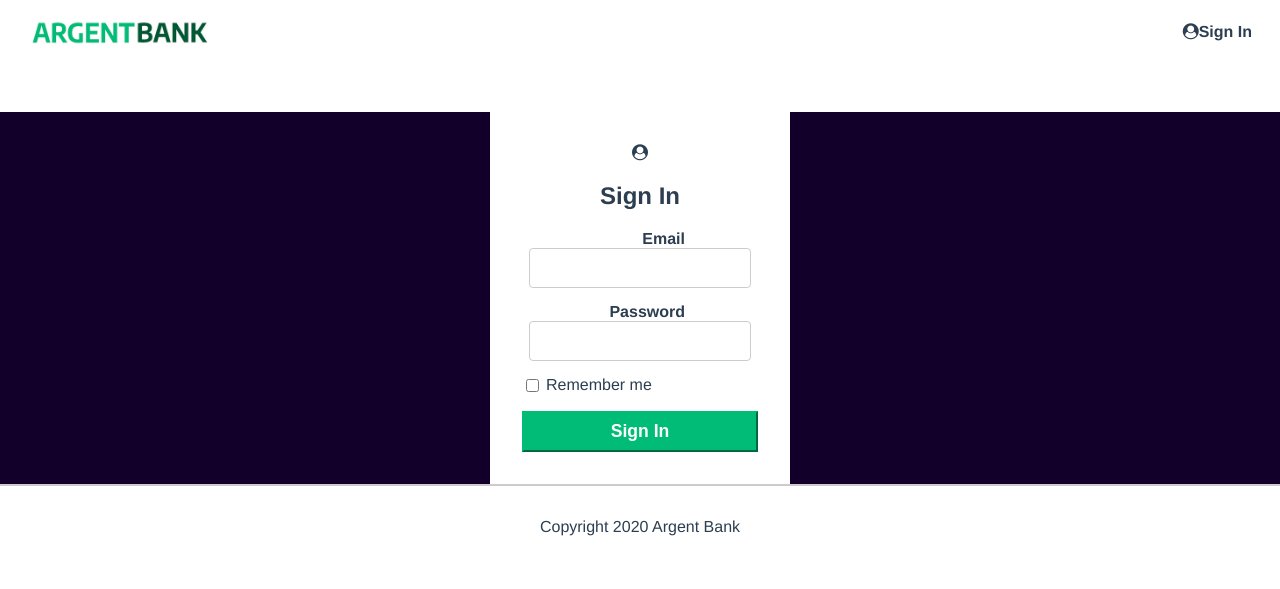
Repository: Dimple3377/ArgentBank-website
Page: /sign-in (app in banking-app/)
These files come from the project's save history. The page is drawn as it stood at one moment and after the next save; the edit follows.
The browser window is 1280 px wide. The pictures show the whole page.
The project was rebuilt for these pictures with package versions that can differ from the ones it lists, and the page was loaded fresh each time. Also part of the build but not shown: banking-app/src/components/Hero.jsx, banking-app/src/components/Feature.jsx, banking-app/src/pages/HomePage.jsx, banking-app/src/pages/UserPage.jsx, banking-app/src/components/EditNameForm.jsx, banking-app/src/pages/EditUserPage.jsx.

Above is the page before, as saved 2024-05-26 16:02:06.

### banking-app/src/index.jsx
import React from "react";
import ReactDOM from "react-dom/client";
import "./main.css";
import App from "./App";
import { Provider } from "react-redux";
import store from "./store";

const root = ReactDOM.createRoot(document.getElementById("root"));
root.render(
  <React.StrictMode>
    <Provider store={store}>
      <App />
    </Provider>
  </React.StrictMode>
);

### banking-app/src/main.css
html {
  font-family: Avenir, Helvetica, Arial, sans-serif;
  -webkit-font-smoothing: antialiased;
  -moz-osx-font-smoothing: grayscale;
  text-align: center;
  color: #2c3e50;
}

body {
  margin: 0;
  display: flex;
  flex-direction: column;
  min-height: 100vh;
}

.main {
  flex: 1;
}

.bg-dark {
  background-color: #12002b;
}

.sr-only {
  border: 0 !important;
  clip: rect(1px, 1px, 1px, 1px) !important;
  -webkit-clip-path: inset(50%) !important;
  clip-path: inset(50%) !important;
  height: 1px !important;
  margin: -1px !important;
  overflow: hidden !important;
  padding: 0 !important;
  position: absolute !important;
  width: 1px !important;
  white-space: nowrap !important;
}

.main-nav {
  display: flex;
  justify-content: space-between;
  align-items: center;
  padding: 5px 20px;
}

.main-nav a {
  font-weight: bold;
  color: #2c3e50;
}

.main-nav a.router-link-exact-active {
  color: #42b983;
}

.main-nav-item {
  text-decoration: none;
  margin-right: 0.5rem;
}

.main-nav-item:hover {
  text-decoration: underline;
}

.main-nav-logo {
  display: flex;
  align-items: center;
}

.main-nav-logo-image {
  max-width: 100%;
  width: 200px;
}

.hero {
  background-image: url("../src/assets/img/bank-tree.jpeg");
  background-position: 0 -50px;
  background-size: cover;
  background-repeat: no-repeat;
  height: 300px;
  position: relative;
}

.hero-content {
  position: relative;
  top: 2rem;
  width: 200px;
  background: white;
  padding: 2rem;
  text-align: left;
  margin: 0 auto;
}

.hero-content .subtitle {
  font-weight: bold;
  font-size: 1rem;
  margin: 0;
}

.hero-content .text {
  margin-bottom: 0;
  font-size: 0.9rem;
}

@media (min-width: 920px) {
  .hero {
    height: 400px;
    background-position: 0% 33%;
  }

  .hero-content {
    position: absolute;
    top: 50px;
    right: 50px;
    width: 300px;
    margin: 2rem;
  }

  .hero-content .subtitle {
    font-size: 1.5rem;
  }

  .hero-content .text {
    font-size: 1.2rem;
  }
}

.features {
  display: flex;
  flex-direction: column;
}

@media (min-width: 920px) {
  .features {
    flex-direction: row;
  }
}

.feature-icon {
  width: 100px;
  border: 10px solid #00bc77;
  border-radius: 50%;
  padding: 1rem;
}

.feature-item {
  flex: 1;
  padding: 2.5rem;
}

.feature-item-title {
  color: #222;
  font-size: 1.25rem;
  font-weight: bold;
  margin-bottom: 0.5rem;
}

.sign-in-button {
  display: block;
  width: 100%;
  padding: 8px;
  font-size: 1.1rem;
  font-weight: bold;
  margin-top: 1rem;
  border-color: #00bc77;
  background-color: #00bc77;
  color: #fff;
}

.sign-in-content {
  box-sizing: border-box;
  background-color: white;
  width: 300px;
  margin: 0 auto;
  margin-top: 3rem;
  padding: 2rem;
}

.sign-in-icon {
  font-size: 5rem;
}

.input-remember {
  display: flex;
}

.input-remember label {
  margin-left: 0.25rem;
}

.input-wrapper {
  display: flex;
  flex-direction: column;
  text-align: left;
  margin-bottom: 1rem;
}

.input-wrapper label {
  font-weight: bold;
}

.input-wrapper input {
  padding: 5px;
  font-size: 1.2rem;
}

.footer {
  display: flex;
  justify-content: center;
  border-top: 2px solid #ccc;
  padding: 2rem 0 1.5rem;
}

.footer-text {
  margin: 0;
  padding: 0;
}

.account {
  display: flex;
  justify-content: space-between;
  align-items: center;
  border: 1px solid black;
  background-color: #fff;
  width: 80%;
  margin: 0 auto;
  flex-direction: column;
  padding: 1.5rem;
  box-sizing: border-box;
  text-align: left;
  margin-bottom: 2rem;
}

.account-amount {
  margin: 0;
  font-size: 2.5rem;
  font-weight: bold;
}

.account-amount-description {
  margin: 0;
}

.account-title {
  margin: 0;
  padding: 0;
  font-size: 1rem;
  font-weight: normal;
}

.account-content-wrapper {
  width: 100%;
  flex: 1;
}

.edit-button {
  border-color: #00bc77;
  background-color: #00bc77;
  color: #fff;
  font-weight: bold;
  padding: 10px;
}

.header {
  color: #fff;
  margin-bottom: 2rem;
}

.transaction-button {
  display: block;
  width: 100%;
  padding: 8px;
  font-size: 1.1rem;
  font-weight: bold;
  margin-top: 1rem;
  border-color: #00bc77;
  background-color: #00bc77;
  color: #fff;
}

@media (min-width: 720px) {
  .account {
    flex-direction: row;
  }

  .account-content-wrapper.cta {
    flex: 0;
  }

  .transaction-button {
    width: 200px;
  }
}

### banking-app/src/App.jsx
import React from "react";
import { BrowserRouter as Router, Route, Routes } from "react-router-dom";
import HomePage from "./pages/HomePage";
import SignInPage from "./pages/SignInPage";
import UserPage from "./pages/UserPage";
import EditUserPage from "./pages/EditUserPage";
import "./main.css";

function App() {
  return (
    <Router>
      <Routes>
        <Route path="/" element={<HomePage />} />
        <Route path="/sign-in" element={<SignInPage />} />
        <Route path="/user" element={<UserPage />} />
        <Route path="/edit-user" element={<EditUserPage />} />
      </Routes>
    </Router>
  );
}

export default App;

### banking-app/src/store/index.jsx
import { configureStore } from "@reduxjs/toolkit";
import userReducer from "./userSlice";

export const store = configureStore({
  reducer: {
    user: userReducer,
    devTools: process.env.NODE_ENV !== "production",
  },
});

export default store;

### banking-app/src/pages/SignInPage.jsx
import React from "react";
import Header from "../components/Header";
import Footer from "../components/Footer";
import LoginForm from "../components/LoginForm";

const SignInPage = () => {
  return (
    <>
      <Header />
      <main className="main bg-dark">
        <section className="sign-in-content">
          <i className="fa fa-user-circle sign-in-icon"></i>
          <h1>Sign In</h1>
          <LoginForm />
        </section>
      </main>
      <Footer />
    </>
  );
};

export default SignInPage;

### banking-app/src/store/userSlice.jsx
import { createSlice, createAsyncThunk } from "@reduxjs/toolkit";
import axios from "axios";

const initialState = {
  user: null,
  token: null,
  status: "idle",
  error: null,
};

// Thunk pour la connexion de l'utilisateur
export const loginUser = createAsyncThunk("user/login", async (credentials) => {
  const response = await axios.post(
    "http://localhost:3001/api/v1/user/login",
    credentials
  );
  console.log("Réponse de l'API login:", response.data); // Log de la réponse de l'API
  return response.data.body; // On suppose que body contient user et token
});

// Thunk pour la mise à jour du profil utilisateur
export const updateUser = createAsyncThunk(
  "user/update",
  async (userData, { getState }) => {
    const state = getState();
    const token = state.user.token; // Récupération du token dans le state
    const response = await axios.put(
      "http://localhost:3001/api/v1/user/profile",
      userData,
      {
        headers: {
          Authorization: `Bearer ${token}`,
        },
      }
    );
    console.log("Réponse de l'API updateUser:", response.data); // Log de la réponse de l'API
    return response.data.body;
  }
);

// Thunk pour récupérer le profil utilisateur
export const fetchUserProfile = createAsyncThunk(
  "user/fetchProfile",
  async (_, { getState }) => {
    const state = getState();
    const token = state.user.token;
    console.log("Token utilisé pour fetchUserProfile:", token); // Log du token
    const response = await axios.get(
      "http://localhost:3001/api/v1/user/profile",
      {
        headers: {
          Authorization: `Bearer ${token}`,
        },
      }
    );
    console.log("Réponse de l'API fetchUserProfile:", response.data); // Log de la réponse de l'API
    return response.data.body;
  }
);

const userSlice = createSlice({
  name: "user",
  initialState,
  reducers: {
    logout: (state) => {
      state.user = null;
      state.token = null; // Réinitialisation du token
      state.status = "idle";
      state.error = null;
    },
  },
  extraReducers: (builder) => {
    builder
      .addCase(loginUser.pending, (state) => {
        state.status = "loading";
      })
      .addCase(loginUser.fulfilled, (state, action) => {
        state.status = "succeeded";
        console.log("Payload reçu de loginUser:", action.payload); // Log du payload reçu
        state.user = action.payload.user; // Stockage de l'utilisateur
        state.token = action.payload.token; // Stockage du token
        state.error = null;
      })
      .addCase(loginUser.rejected, (state, action) => {
        state.status = "failed";
        state.error = action.error.message;
      })
      .addCase(updateUser.pending, (state) => {
        state.status = "loading";
      })
      .addCase(updateUser.fulfilled, (state, action) => {
        state.status = "succeeded";
        state.user = { ...state.user, ...action.payload };
        state.error = null;
      })
      .addCase(updateUser.rejected, (state, action) => {
        state.status = "failed";
        state.error = action.error.message;
      })
      .addCase(fetchUserProfile.pending, (state) => {
        state.status = "loading";
      })
      .addCase(fetchUserProfile.fulfilled, (state, action) => {
        state.status = "succeeded";
        state.user = action.payload;
        state.error = null;
      })
      .addCase(fetchUserProfile.rejected, (state, action) => {
        state.status = "failed";
        state.error = action.error.message;
      });
  },
});

export const { logout } = userSlice.actions;

export default userSlice.reducer;

### banking-app/src/components/Header.jsx
import React from "react";
import { Link, useLocation } from "react-router-dom";
import { useSelector, useDispatch } from "react-redux";
import { logout } from "../store/userSlice";
import logo from "../assets/img/argentBankLogo.png";
import "font-awesome/css/font-awesome.min.css";

const Header = () => {
  const dispatch = useDispatch();
  const { user } = useSelector((state) => state.user);
  const location = useLocation();

  const handleLogout = () => {
    dispatch(logout());
  };

  return (
    <nav className="main-nav">
      <Link className="main-nav-logo" to="/">
        <img
          className="main-nav-logo-image"
          src={logo}
          alt="Argent Bank Logo"
        />
        <h1 className="sr-only">Argent Bank</h1>
      </Link>
      <div>
        {location.pathname === "/edit-user" ? (
          <>
            {/* Ajoutez ici les icônes spécifiques à EditUserPage */}
            <span>{user?.userName}</span>
            <i className="fa fa-user-circle"></i>
            <i className="fa fa-cog"></i>
            <i className="fa fa-power-off" onClick={handleLogout}></i>
          </>
        ) : user ? (
          <>
            <Link className="main-nav-item" to="/user">
              <i className="fa fa-user-circle"></i>
              {user.userName}
            </Link>
            <Link className="main-nav-item" to="/" onClick={handleLogout}>
              <i className="fa fa-sign-out"></i>
              Sign Out
            </Link>
          </>
        ) : (
          <Link className="main-nav-item" to="/sign-in">
            <i className="fa fa-user-circle"></i>
            Sign In
          </Link>
        )}
      </div>
    </nav>
  );
};

export default Header;

### banking-app/src/components/Footer.jsx
import React from "react";

const Footer = () => {
  return (
    <footer className="footer">
      <p className="footer-text">Copyright 2020 Argent Bank</p>
    </footer>
  );
};

export default Footer;

### banking-app/src/components/LoginForm.jsx
import React, { useState, useEffect } from "react";
import { useDispatch, useSelector } from "react-redux";
import { useNavigate } from "react-router-dom";
import { loginUser } from "../store/userSlice";

const LoginForm = () => {
  const [email, setEmail] = useState("");
  const [password, setPassword] = useState("");
  const dispatch = useDispatch();
  const navigate = useNavigate();
  const { user, status, error } = useSelector((state) => state.user);

  const handleSubmit = async (e) => {
    e.preventDefault();
    const result = await dispatch(loginUser({ email, password }));
    if (loginUser.fulfilled.match(result)) {
      navigate("/user");
    }
  };

  useEffect(() => {
    if (user) {
      navigate("/user");
    }
  }, [user, navigate]);

  return (
    <div>
      <form onSubmit={handleSubmit}>
        <div className="input-wrapper">
          <label htmlFor="email">Email</label>
          <input
            type="email"
            id="email"
            value={email}
            onChange={(e) => setEmail(e.target.value)}
          />
        </div>
        <div className="input-wrapper">
          <label htmlFor="password">Password</label>
          <input
            type="password"
            id="password"
            value={password}
            onChange={(e) => setPassword(e.target.value)}
          />
        </div>
        <div className="input-remember">
          <input type="checkbox" id="remember-me" />
          <label htmlFor="remember-me">Remember me</label>
        </div>
        <button className="sign-in-button" type="submit">
          Sign In
        </button>
        {status === "loading" && <p>Loading...</p>}
        {status === "failed" && <p>{error}</p>}
        {user && <p>Welcome, {user.firstName}</p>}
      </form>
    </div>
  );
};

export default LoginForm;

### banking-app/src/pages/EditUserPage.css
.edit-user-main {
  display: flex;
  flex-direction: column;
  align-items: center;
  padding: 20px;
}

.edit-user-header {
  text-align: center;
  margin-bottom: 20px;
}

.input-wrapper {
  margin-bottom: 15px;
  display: flex;
  align-items: center;
}

.input-wrapper label {
  margin-right: 10px;
  width: 100px;
  text-align: right;
  font-size: 16px;
  font-weight: bold;
}

.input-wrapper input {
  width: 200px;
  padding: 10px;
  font-size: 16px;
  border: 1px solid #ccc;
  border-radius: 4px;
}

.form-buttons {
  display: flex;
  justify-content: space-between;
  width: 100%;
  max-width: 320px;
  margin-top: 20px;
}

.edit-button {
  padding: 10px 20px;
  font-size: 16px;
  background-color: #00bc77;
  color: white;
  border: none;
  border-radius: 4px;
  cursor: pointer;
}

.edit-button:hover {
  background-color: #00a566;
}

Loaded but not shown: banking-app/public/index.html (common file)

After the next save:
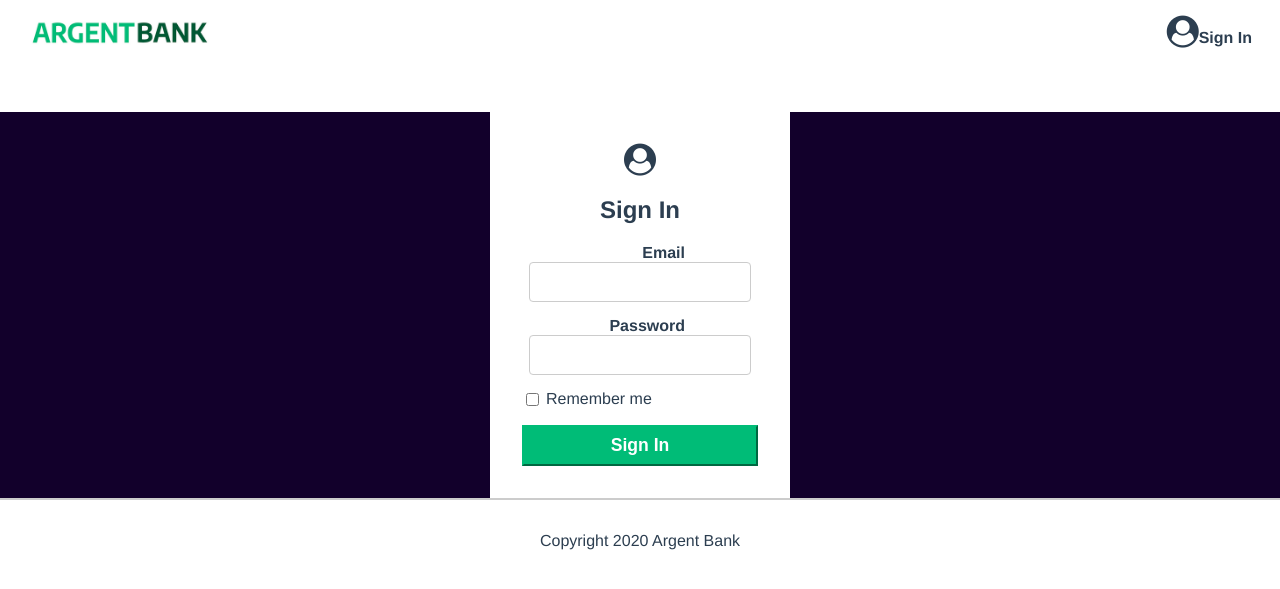
Saved 3 min 32 s later.
--- a/banking-app/src/pages/EditUserPage.css
+++ b/banking-app/src/pages/EditUserPage.css
@@ -1,3 +1,13 @@
+/* Agrandir les icônes */
+.fa {
+  font-size: 2em; /* Ajustez cette valeur selon vos besoins */
+}
+
+/* Ajouter de l'espace entre les boutons */
+.edit-button {
+  margin-right: 10px; /* Ajoutez un espace entre les boutons */
+}
+
 .edit-user-main {
   display: flex;
   flex-direction: column;
